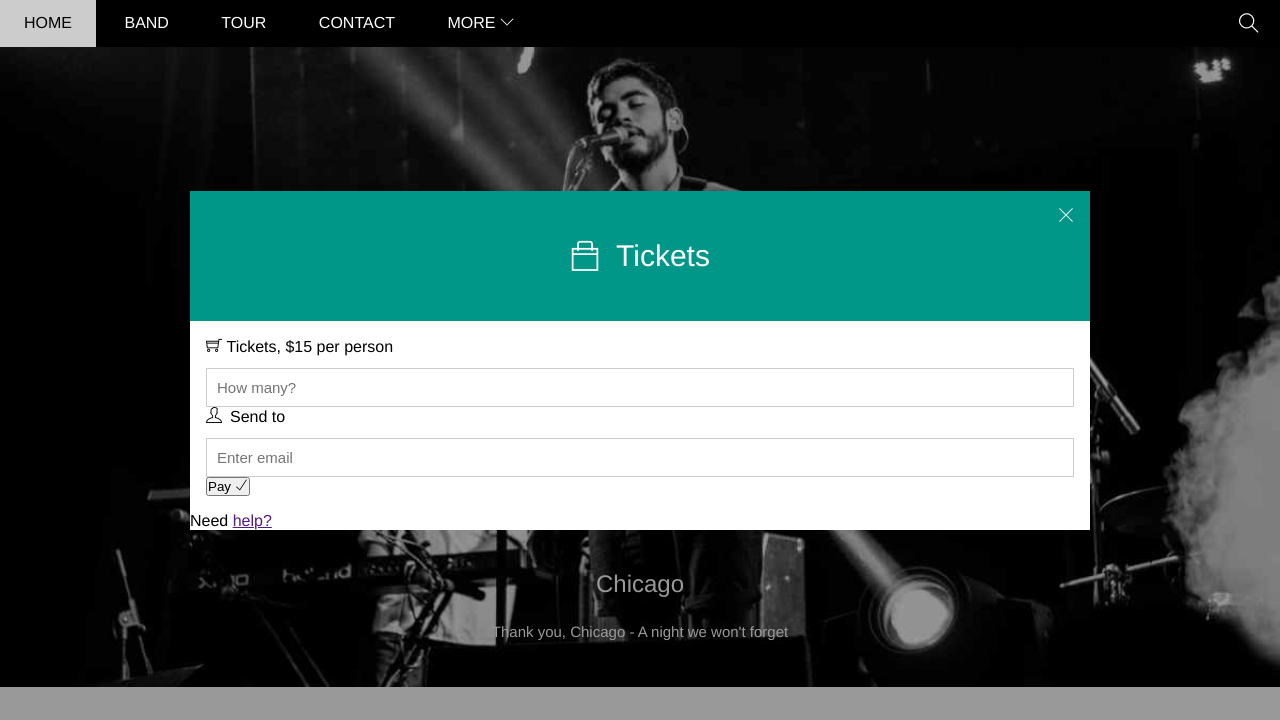
Repository: qhoa25623/The-Band
Page: index.html
These files come from the project's save history. The page is drawn as it stood at one moment and after the next save; the edit follows.
The browser window is 1280 px wide. The pictures show the window.
A layer covers the whole window, so only the first screen is drawn.

Above is the page before, as saved 2022-04-27 23:04:41.

### index.html
<!DOCTYPE html>
<html lang="en">
  <head>
    <meta charset="UTF-8" />
    <meta http-equiv="X-UA-Compatible" content="IE=edge" />
    <meta name="viewport" content="width=device-width, initial-scale=1.0" />
    <title>Document</title>
    <link rel="stylesheet" href="./assets/css/styles.css" />
    <link
      rel="stylesheet"
      href="./assets/fonts/themify-icons/themify-icons.css"
    />
  </head>
  <body>
    <div id="main">
      <div id="header">
        <ul id="nav">
          <li><a href="">Home</a></li>
          <li><a href="">Band</a></li>
          <li><a href="">Tour</a></li>
          <li><a href="">Contact</a></li>
          <li>
            <a href="">
              More
              <i class="nav-arrow-down ti-angle-down"></i>
            </a>
            <ul class="subnav">
              <li><a href="">Merchandise</a></li>
              <li><a href="">Extras</a></li>
              <li><a href="">Media</a></li>
            </ul>
          </li>
        </ul>
        <div class="search-btn">
          <i class="search-icon ti-search"></i>
        </div>
      </div>
      <div id="slider">
        <div class="text-content">
          <h2 class="text-heading">Chicago</h2>
          <div class="text-description">
            Thank you, Chicago - A night we won't forget
          </div>
        </div>
      </div>
      <div id="content">
        <!-- About section-->
        <div class="content-section">
          <h2 class="section-heading">THE BAND</h2>
          <p class="section-sub-heading">We love music</p>
          <p class="about-text">
            We have created a fictional band website. Lorem ipsum dolor sit
            amet, consectetur adipiscing elit, sed do eiusmod tempor incididunt
            ut labore et dolore magna aliqua. Ut enim ad minim veniam, quis
            nostrud exercitation ullamco laboris nisi ut aliquip ex ea commodo
            consequat. Duis aute irure dolor in reprehenderit in voluptate velit
            esse cillum dolore eu fugiat nulla pariatur. Excepteur sint occaecat
            cupidatat non proident, sunt in culpa qui officia deserunt mollit
            anim id est laborum consectetur adipiscing elit, sed do eiusmod
            tempor incididunt ut labore et dolore magna aliqua. Ut enim ad minim
            veniam, quis nostrud exercitation ullamco laboris nisi ut aliquip ex
            ea commodo consequat.
          </p>
          <div class="member-list">
            <div class="member-item">
              <p class="member-name">Name</p>
              <img
                src="./assets/img/band/member1.jpg"
                alt="Name"
                class="member-img"
              />
            </div>
            <div class="member-item">
              <p class="member-name">Name</p>
              <img
                src="./assets/img/band/member1.jpg"
                alt="Name"
                class="member-img"
              />
            </div>
            <div class="member-item">
              <p class="member-name">Name</p>
              <img
                src="./assets/img/band/member1.jpg"
                alt="Name"
                class="member-img"
              />
            </div>
            <div class="clear"></div>
          </div>
        </div>

        <!-- Tour section-->
        <div class="tour-section">
          <div class="content-section">
            <h2 class="section-heading text-white">TOUR DATES</h2>
            <p class="section-sub-heading text-white">
              Remember to book your tickets!
            </p>
            <ul class="tickets-list">
              <li>September <span class="sold-out">Sold out</span></li>
              <li>October <span class="sold-out">Sold out</span></li>
              <li>November <span class="quantity">3</span></li>
            </ul>
            <!-- Places-->
            <div class="places-list">
              <div class="place-item">
                <img
                  src="./assets/img/places/place1.jpg"
                  alt="New York"
                  class="place-img"
                />
                <div class="place-body">
                  <h3 class="place-heading">New York</h3>
                  <p class="place-time">Fri 27 Nov 2016</p>
                  <p class="place-desc">
                    Praesent tincidunt sed tellus ut rutrum sed vitae justo.
                  </p>
                  <a href="#" class="place-buy-btn">Buy Tickets</a>
                </div>
              </div>

              <div class="place-item">
                <img
                  src="./assets/img/places/place2.jpg"
                  alt="New York"
                  class="place-img"
                />
                <div class="place-body">
                  <h3 class="place-heading">Paris</h3>
                  <p class="place-time">Sat 28 Nov 2016</p>
                  <p class="place-desc">
                    Praesent tincidunt sed tellus ut rutrum sed vitae justo.
                  </p>
                  <a href="#" class="place-buy-btn">Buy Tickets</a>
                </div>
              </div>

              <div class="place-item">
                <img
                  src="./assets/img/places/place3.jpg"
                  alt="New York"
                  class="place-img"
                />
                <div class="place-body">
                  <h3 class="place-heading">San Francisco</h3>
                  <p class="place-time">Sun 29 Nov 2016</p>
                  <p class="place-desc">
                    Praesent tincidunt sed tellus ut rutrum sed vitae justo.
                  </p>
                  <a href="#" class="place-buy-btn">Buy Tickets</a>
                </div>
              </div>
              <div class="clear"></div>
            </div>
          </div>
        </div>

        <!-- Contact section-->
        <div class="content-section">
          <h2 class="section-heading">CONTACT</h2>
          <p class="section-sub-heading">Fan? Drop a note!</p>
        </div>
      </div>
      <div id="footer"></div>
    </div>
    <div class="modal">
      <div class="modal-container">
        <div class="modal-close">
          <i class="ti-close"></i>
        </div>
        <header class="modal-header">
          <i class="modal-heading-icon ti-bag"></i>
          Tickets
        </header>
        <div class="modal-body">
          <label for="" class="modal-label">
            <i class="ti-shopping-cart"></i>
            Tickets, $15 per person
          </label>
          <input type="text" class="modal-input" placeholder="How many?" />

          <label for="" class="modal-label">
            <i class="ti-user"> </i>
            Send to
          </label>
          <input type="text" class="modal-input" placeholder="Enter email" />

          <button id="buy-tickets">
            Pay
            <i class="ti-check"></i>
          </button>
        </div>
        <footer class="modal-footer">
          <p class="modal-help">Need <a href="">help?</a></p>
        </footer>
      </div>
    </div>
  </body>
</html>

### assets/css/styles.css
/* Reset CSS */
* {
  padding: 0;
  margin: 0;
  box-sizing: border-box;
}
html {
  font-family: Helvetica, Arial, sans-serif;
}
.clear {
  clear: both;
}
.text-white {
  color: #fff !important;
}
#main {
}
#header {
  position: fixed;
  top: 0;
  left: 0;
  right: 0;
  height: 46.5px;
  background-color: #000;
  z-index: 1;
}
#nav {
  display: inline-block;
}
#nav,
.subnav {
  list-style-type: none;
}
#nav > li {
  display: inline-block;
}
#nav li {
  position: relative;
}
#nav > li > a {
  color: #fff;
  text-transform: uppercase;
}
#nav li a {
  text-decoration: none;
  line-height: 46.5px;
  padding: 0 24px;
  display: block;
}
#nav li:hover .subnav {
  display: block;
}
#nav > li:hover > a,
#nav .subnav li:hover a {
  color: #000;
  background-color: #ccc;
}
#nav .subnav {
  min-width: 160px;
  top: 100%;
  left: 0;
  display: none;
  position: absolute;
  background-color: #fff;
  box-shadow: 0 0 10px rgba(0, 0, 0, 0.3);
}
#nav .subnav a {
  color: #000;
  padding: 0 16px;
  line-height: 38.5px;
}
#nav .nav-arrow-down {
  font-size: 14px;
}
#header .search-btn {
  float: right;
  padding: 0 21px;
}
#header .search-btn:hover {
  background-color: #f44336;
}
#header .search-icon {
  color: #fff;
  font-size: 20px;
  line-height: 46.5px;
}
#slider {
  position: relative;
  margin-top: 46.5px;
  padding-top: 50%;
  background: url("/assets/img/slider/slider1.jpg") top center / cover no-repeat;
}
#slider .text-content {
  position: absolute;
  bottom: 47px;
  color: #fff;
  left: 50%;
  transform: translateX(-50%);
  text-align: center;
}
#slider .text-heading {
  font-weight: 500;
  font-size: 24px;
}
#slider .text-description {
  font-size: 15px;
  margin-top: 25px;
}
#content {
}
#content .content-section {
  width: 800px;
  padding: 64px 0;
  margin-left: auto;
  margin-right: auto;
}
#content .section-heading {
  font-weight: 500;
  text-align: center;
  font-size: 30px;
  letter-spacing: 3px;
}
#content .section-sub-heading {
  text-align: center;
  font-size: 15px;
  margin-top: 25px;
  font-style: italic;
  opacity: 0.6;
}
#content .about-text {
  font-size: 15px;
  margin-top: 25px;
  text-align: justify;
  line-height: 1.4;
}
#content .member-list {
  margin-top: 47px;
}
#content .member-item {
  float: left;
  width: calc(100% / 3);
  text-align: center;
}
#content .member-name {
  font-size: 15px;
}
#content .member-img {
  margin-top: 15px;
  width: 154px;
  border-radius: 4px;
}

.tour-section {
  background: #000;
}
.tickets-list {
  background-color: #fff;
  list-style: none;
  margin-top: 40px;
}
.tickets-list li {
  color: rgb(117, 117, 117);
  font-size: 15px;
  padding: 11px 16px;
  border-bottom: 1px solid rgb(221, 221, 221);
}
.tickets-list .sold-out {
  color: #ffffff;
  background-color: #f44336;
  padding: 3px 4px;
  margin: 0 0 0 16px;
}
.tickets-list .quantity {
  float: right;
  width: 24px;
  height: 22.5px;
  background-color: #000;
  border-radius: 50%;
  text-align: center;
  color: #fff;
  line-height: 22.5px;
  margin-top: -3px;
}
.places-list {
  margin-top: 32px;
  margin-left: -8px;
  margin-right: -8px;
  padding-bottom: 48px;
}
.place-item {
  float: left;
  width: calc(100% / 3);
  padding: 0 8px;
}
.place-img {
  width: 100%;
  display: block;
}
.place-img:hover {
  opacity: 0.6;
}
.place-body {
  background-color: #fff;
  padding: 16px 16px;
  font-size: 15px;
}
.place-heading {
  font-size: 15px;
  font-weight: 550;
}
.place-time {
  margin-top: 15px;
  color: #757575;
}
.place-desc {
  margin-top: 15px;
  line-height: 1.4;
}
.place-buy-btn {
  color: #fff;
  background-color: #000;
  text-decoration: none;
  display: inline-block;
  margin-top: 15px;
  padding: 11px 16px;
}

.place-buy-btn:hover {
  color: #000;
  background-color: #ccc;
}
.modal {
  position: fixed;
  top: 0;
  right: 0;
  left: 0;
  bottom: 0;
  background: rgba(0, 0, 0, 0.4);
  display: flex;
  align-items: center;
  justify-content: center;
}
.modal-container {
  background: #fff;
  width: 900px;
  min-height: 200px;
  position: relative;
}

.modal-header {
  background: #009688;
  height: 130px;
  display: flex;
  align-items: center;
  justify-content: center;
  font-size: 30px;
  color: #fff;
}
.modal-heading-icon {
  margin-right: 16px;
}
.modal-close {
  position: absolute;
  right: 0;
  top: 0;
  color: #fff;
  padding:16px;
  cursor: pointer;
}
.modal-close:hover{
  color: #000;
  background-color: #ccc;
}
.modal-body{
  padding:16px;
}
.modal-label{
  display:block;
  margin-bottom:12px;
}
.modal-input{
  border:1px solid #ccc;
  width:100%;
  font-size:15px;
  padding:10px;
}

Loaded but not shown: assets/fonts/themify-icons/themify-icons.css (common file)

After the next save:
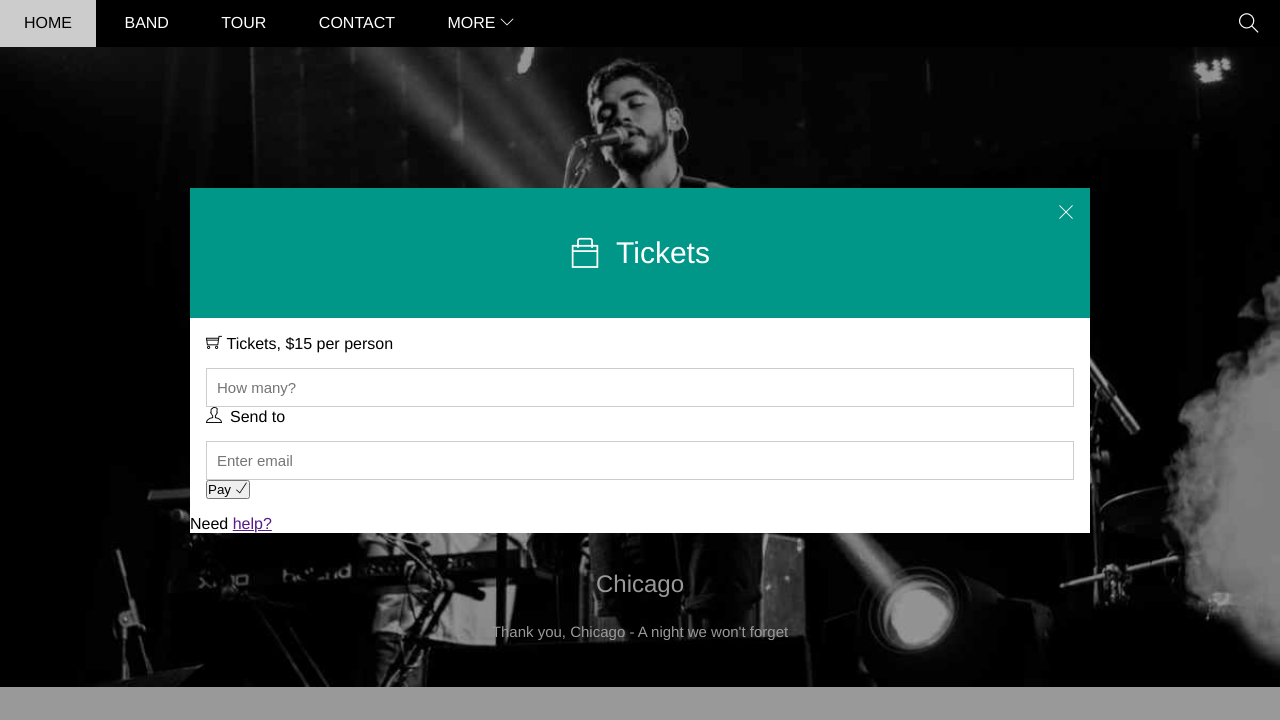
Saved 26 s later.
--- a/assets/css/styles.css
+++ b/assets/css/styles.css
@@ -276,7 +276,7 @@ html {
 }
 .modal-label{
   display:block;
-  margin-bottom:12px;
+  margin-bottom:15px;
 }
 .modal-input{
   border:1px solid #ccc;
